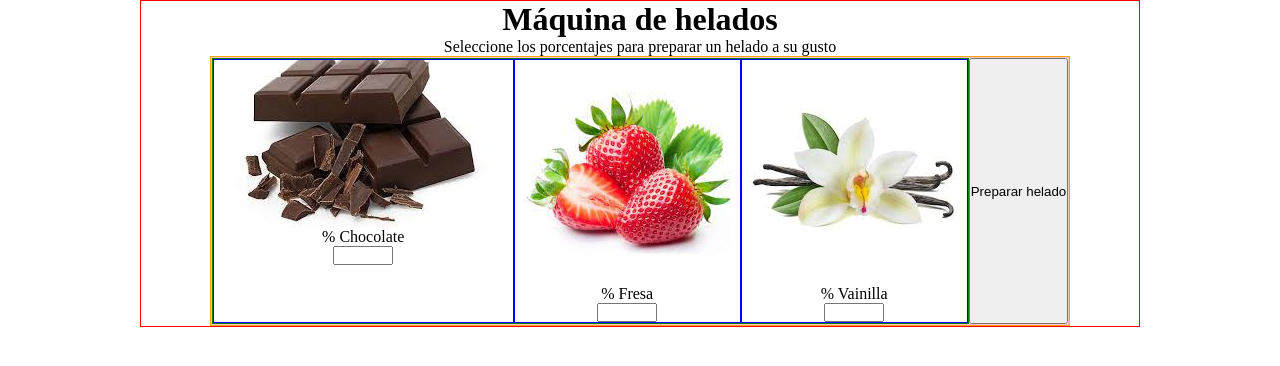
Repository: Ibizus/ejercicios_JSP
Page: http://localhost/ejercicios_Hector/ejercicio10/index.jsp
The author's editor kept a copy of each file at every save. The page is drawn from the files as they stood at one save, then again after the next save.
The browser window is 1280 px wide. The pictures show the whole page.
The page is served by Tomcat 9.

Above is the page before, as saved 2023-11-16 17:52:16.

### ejercicios_Hector/src/main/webapp/ejercicio10/index.jsp
<%@ page language="java" contentType="text/html; charset=UTF-8"
    pageEncoding="UTF-8"%>
<!DOCTYPE html>
<html>
<head>
	<meta charset="UTF-8">
	<link rel="stylesheet" href="css/style.css"/>
	<title>Ejercicio 10</title>
</head>
<body>
	<h1>Máquina de helados</h1>
	<p>Seleccione los porcentajes para preparar un helado a su gusto</p>

	<section id="formulario">
		<form method="post" action="helado.jsp">

			<section id="sabores">
				<article>
					<img alt="Chocolate" src="images/chocolate.jpeg">
					% Chocolate <input type="number" min="0" max="100" step="1" name="choc">
				</article>
				<article>
					<img alt="Fresa" src="images/fresa.jpeg">
					% Fresa <input type="number" min="0" max="100" step="1" name="fresa">
				</article>
				<article>
					<img alt="Vainilla" src="images/vainilla.jpeg">
					% Vainilla <input type="number" min="0" max="100" step="1" name="vainilla">
				</article>
			</section>

			<input type="submit" value="Preparar helado">
		</form>
	</section>

</body>
</html>

### ejercicios_Hector/src/main/webapp/ejercicio10/css/style.css
@charset "UTF-8";

*{
	margin: 0;
	padding: 0;
	box-sizing: border-box;
	text-decoration: none;
}

body{
    max-width: 1000px;
    display: flex;
    flex-direction: column;
    align-items: center;
    margin: auto;

    border: red 1px solid;
}

form{
	display: flex;
	border: pink 1px solid;
}

#formulario{
	display: flex;
	flex-direction: column;
	border: orange 1px solid;
}

#sabores{
	display: flex;
	flex-direction: row;
	justify-content: space-between;
	border: green 1px solid;
}

article{
	display: flex;
	flex-direction: column;
    align-items: center;
    border: blue 1px solid;
}

After the next save:
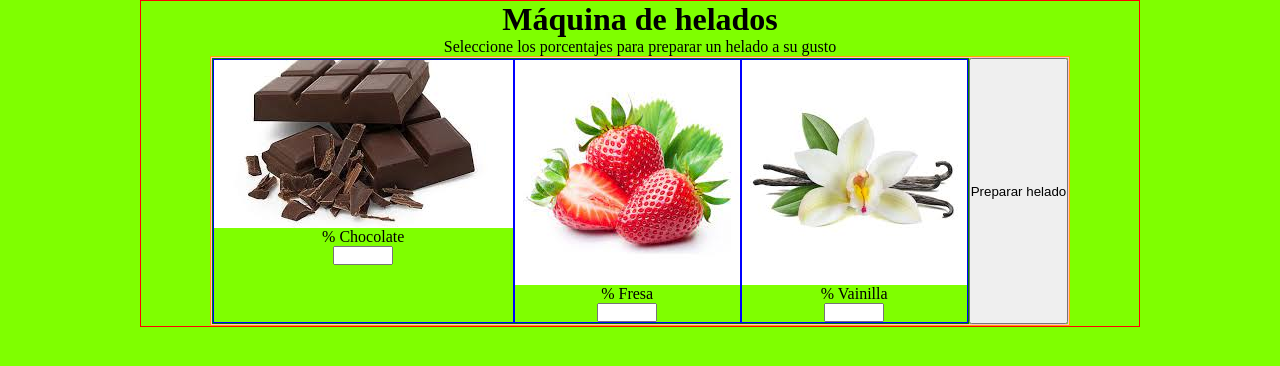
Saved 2 min 48 s later.
--- a/ejercicios_Hector/src/main/webapp/ejercicio10/css/style.css
+++ b/ejercicios_Hector/src/main/webapp/ejercicio10/css/style.css
@@ -13,7 +13,7 @@ body{
     flex-direction: column;
     align-items: center;
     margin: auto;
-
+    background-color: chartreuse;
     border: red 1px solid;
 }
 
